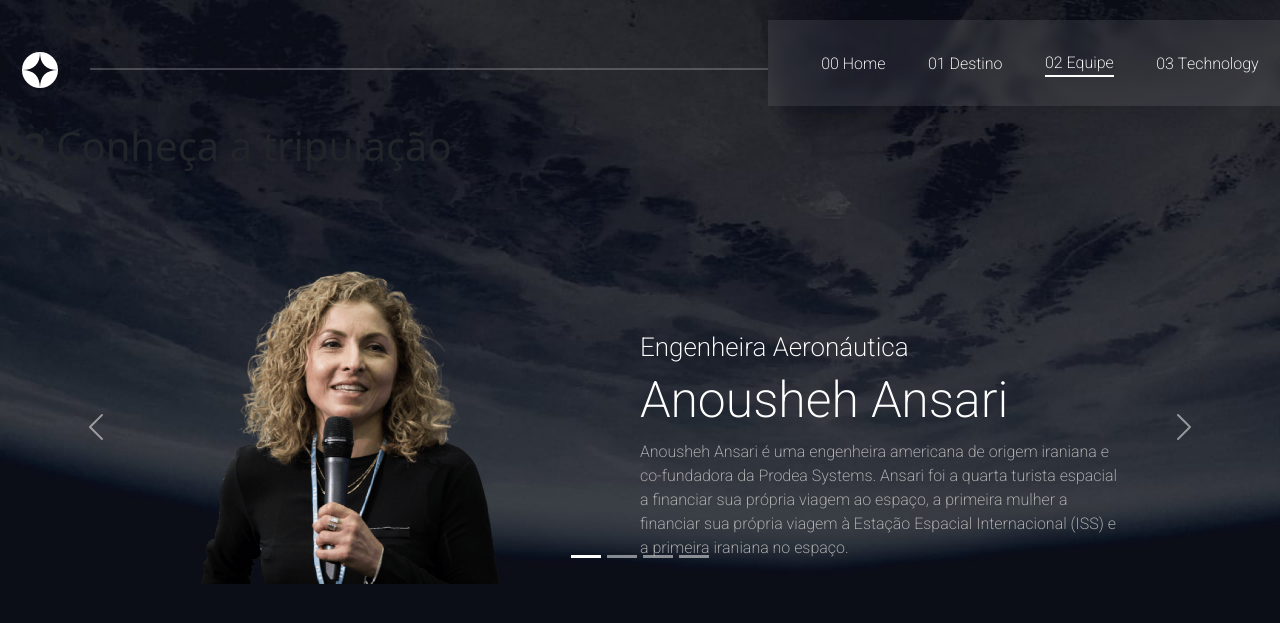
Repository: Leonngc/space-site
Page: crew-commander.html
The author's editor kept a copy of each file at every save. The page is drawn from the files as they stood at one save, then again after the next save.
The browser window is 1280 px wide. The pictures show the whole page.
Some web libraries are served in a nearby version.

Above is the page before, as saved 2023-05-01 16:21:03.

### crew-commander.html
<!DOCTYPE html>
<html lang="pt-br">
<head>
  <meta charset="UTF-8">
  <meta name="viewport" content="width=device-width, initial-scale=1, minimum-scale=1">

  <link rel="icon" type="image/png" sizes="32x32" href="./assets/favicon-32x32.png">
  <link rel='stylesheet' href='https://cdn-uicons.flaticon.com/uicons-bold-rounded/css/uicons-bold-rounded.css'>
  <link rel="stylesheet" href="starter-code/styles/menu.css">
  <link rel="stylesheet" href="starter-code/styles/crew.css">

  <link href="https://cdn.jsdelivr.net/npm/bootstrap@5.3.0-alpha3/dist/css/bootstrap.min.css" rel="stylesheet" integrity="sha384-KK94CHFLLe+nY2dmCWGMq91rCGa5gtU4mk92HdvYe+M/SXH301p5ILy+dN9+nJOZ" crossorigin="anonymous">
  <script src="starter-code/script/menu.js" defer></script>
  <title>Frontend Mentor | Space tourism website</title>
</head>
<body>

  <header>
    <a href="index.html" target="_parent"><img src="starter-code/assets/shared/logo.svg" alt="" class="logo"></a>

    <div class="line"></div>
    <nav>
      <button class="menu-button"><i class="fi fi-br-menu-burger"></i></button>
      <ul class="menu">
      <li class="item-menu"><a href="index.html" target="_parent">00 Home</a></li>
      <li class="item-menu"><a href="destination-moon.html" target="_blank">01 Destino</a></li>
      <li class="item-menu page-active"><a href="#">02 Equipe</a></li>
      <li class="item-menu"><a href="#">03 Technology</a></li>
      </ul>
    </nav>
  </header>

  <h1><strong>02</strong> Conheça a tripulação</h1>

  <div id="carouselExampleIndicators" class="carousel slide" style="margin-top: 100px; margin-bottom: 100px;">
    <div class="carousel-indicators">
      <button type="button" data-bs-target="#carouselExampleIndicators" data-bs-slide-to="0" class="active" aria-current="true" aria-label="Slide 1"></button>
      <button type="button" data-bs-target="#carouselExampleIndicators" data-bs-slide-to="1" aria-label="Slide 2"></button>
      <button type="button" data-bs-target="#carouselExampleIndicators" data-bs-slide-to="2" aria-label="Slide 3"></button>
      <button type="button" data-bs-target="#carouselExampleIndicators" data-bs-slide-to="3" aria-label="Slide 4"></button>
    </div>
    <div class="carousel-inner">
      <div class="carousel-item active">
        <img src="starter-code/assets/crew/image-anousheh-ansari.png" class="d-flex w-5" alt="...">
        <div class="text-box">
          <h2>Engenheira Aeronáutica</h2>
          <h3>Anousheh Ansari</h3>

          <p>
            Anousheh Ansari é uma engenheira americana de origem iraniana e co-fundadora da Prodea Systems. Ansari foi a quarta turista espacial a financiar sua própria viagem ao espaço, a primeira mulher a financiar sua própria viagem à Estação Espacial Internacional (ISS) e a primeira iraniana no espaço.
          </p>
        </div>
      </div>
      <div class="carousel-item">
        <img src="starter-code/assets/crew/image-douglas-hurley.png" class="d-flex w-5" alt="...">

          <div class="text-box">
            <h2>Comandante</h2>
            <h3>Douglas Hurley</h3>
              <p>
                Douglas Gerald Hurley é um engenheiro, ex-piloto do Corpo de Fuzileiros Navais dos Estados Unidos e ex-astronauta da NASA. Ele foi lançado ao espaço pela terceira vez como comandante da missão Crew Dragon Demo-2.
              </p>
          </div>
      </div>
      <div class="carousel-item">
        <img src="starter-code/assets/crew/image-mark-shuttleworth.png" class="d-flex w-5" alt="...">
        <div class="text-box">
          <h2>Especialista em missões</h2>
          <h3>Mark Shuttleworth</h3>
          <p>
            Mark Richard Shuttleworth é o fundador e CEO da Canonical, a empresa por trás do sistema operacional baseado em Linux, o Ubuntu. Shuttleworth se tornou o primeiro sul-africano a viajar para o espaço como turista espacial.
          </p>
        </div>
      </div>
      <div class="carousel-item">
        <img src="starter-code/assets/crew/image-victor-glover.png" class="d-flex w-5" alt="...">
        <div class="text-box">
          <h2>Piloto</h2>
          <h3>Victor Glover</h3>
          <p>
            Piloto do primeiro voo operacional da nave SpaceX Crew Dragon para a Estação Espacial Internacional. Glover é comandante na Marinha dos Estados Unidos, onde pilota um F/A-18. Ele foi membro da tripulação da Expedição 64 e atuou como engenheiro de sistemas de voo da estação.
          </p>
        </div>
      </div>

    </div>
    <button class="carousel-control-prev" type="button" data-bs-target="#carouselExampleIndicators" data-bs-slide="prev">
      <span class="carousel-control-prev-icon" aria-hidden="true"></span>
      <span class="visually-hidden">Previous</span>
    </button>
    <button class="carousel-control-next" type="button" data-bs-target="#carouselExampleIndicators" data-bs-slide="next">
      <span class="carousel-control-next-icon" aria-hidden="true"></span>
      <span class="visually-hidden">Next</span>
    </button>
  </div>


</body>

<script src="https://cdn.jsdelivr.net/npm/@popperjs/core@2.11.7/dist/umd/popper.min.js" integrity="sha384-zYPOMqeu1DAVkHiLqWBUTcbYfZ8osu1Nd6Z89ify25QV9guujx43ITvfi12/QExE" crossorigin="anonymous"></script>
<script src="https://cdn.jsdelivr.net/npm/bootstrap@5.3.0-alpha3/dist/js/bootstrap.min.js" integrity="sha384-Y4oOpwW3duJdCWv5ly8SCFYWqFDsfob/3GkgExXKV4idmbt98QcxXYs9UoXAB7BZ" crossorigin="anonymous"></script>
</html>

### starter-code/styles/menu.css
@import url('https://fonts.googleapis.com/css2?family=Heebo:wght@200&display=swap');

*{
    padding: 0;
    margin: 0;
}


header{
    display: flex;
    justify-content: space-between;
}

.menu{
    display: none;
    margin-top: 20px;
    display: flex;
    width: 40vw ;
    height: 12vh;
    position: relative;
    list-style: none;
    overflow-x: hidden;
    background: rgba(255, 255, 255, 0.21);
    background: rgba(255, 255, 255, 0.08);
    box-shadow: 0 4px 30px rgba(0, 0, 0, 0.1);
    backdrop-filter: blur(5px);
    -webkit-backdrop-filter: blur(5px);
}

.item-menu{
    margin: auto;
}

.item-menu a{
    text-decoration: none;
    font-family: 'Heebo', sans-serif;
    color: white;
}


.line{
    background-color:  rgba(255, 255, 255, 0.21);
    height: 2px;
    width: 1110px;
    margin-top: 68px;
    margin-left: 30px;
}

.logo{
    margin-top: 50px;
    margin-left: 20px;
    width: 40px;
    height: 40px;
    padding: 2px;
}

.page-active{
    border-bottom: 2px solid white;
}

ul li > a:hover{
    font-size: 18px;
    transition: 2s;
}

.menu-button{
    display: none;
}



@media (max-width: 999px){
    .line{
        display: none;
    }
    body{
        overflow-x: hidden;
        max-width: 100vw;
    }


    .menu{
        position: absolute;
        right: 0;
        flex-direction: column;
        width: 80vw;
        height: 90vh;
        z-index: 10000;
        margin: 0;
        border-top-left-radius: 15px;
        border-bottom-left-radius: 15px;
        transform: translateX(100%);
        transition: transform 0.6s ease-in;
        background: rgba(0, 0, 0, 0.392);
        background: rgba(0, 0, 0, 0.545);
        box-shadow: 0 4px 30px rgba(0, 0, 0, 0.1);
        backdrop-filter: blur(5px);
        -webkit-backdrop-filter: blur(5px);
    }




    .menu li{
       color: white;
       font-size: 18px;
       font-weight: bold;
    }

    .menu-button{
        display: block;
        font-size: 40px;
        color: white;
        background: none;
        border: none;
        padding: 10px;
        margin-top: 40px;
    }

    ul.active{
        transform: translateX(0);
    }

}

### starter-code/styles/crew.css
@import url('https://fonts.googleapis.com/css2?family=Barlow&display=swap');
@import url('https://fonts.googleapis.com/css2?family=Heebo:wght@200&display=swap');
/*  font-family: 'Barlow', sans-serif;
    font-family: 'Heebo', sans-serif;
*/

:root{
    --title-font: 'Barlow';
    --paragraph-font: 'Heebo';
}




body{
    background-image: url(../assets/crew/background-crew-desktop.jpg);
    background-size: cover;
    background-repeat: no-repeat;
}



.carousel-inner img{
    margin: 0;
    margin-left: 200px;
    width: 300px;
}

.text-box{
    position: absolute;
    top: 20%;
    left: 50%;
    color: white;
    width: 38vw;
    font-family: var(--paragraph-font);
}

.text-box > h2{
    font-size: 26px;
}

.text-box > h3{
    font-size: 50px;
}

.text-box > p{
    color: #b4b3b3;
}

### starter-code/script/menu.js
class MobileNavbar{
    constructor(mobileMenu, navList, navLink){
        this.mobileMenu = document.querySelector(mobileMenu);
        this.navList = document.querySelector(navList);
        this.navLink = document.querySelector(navLink);
        this.activeClass = "active";
        this.handleClick = this.handleClick.bind(this)

    }

    handleClick(){
        this.mobileMenu.classList.toggle(this.activeClass)
    }

    addClickEvent(){
        this.mobileMenu.addEventListener("click", this.handleClick);
    }

    init(){
        if(this.mobileMenu){
            this.addClickEvent();
        }
        return this;
    }
}

const mobileNavbar = new MobileNavbar(
    "nav",
    "ul",
    "ul li",
);

mobileNavbar.init()

After the next save:
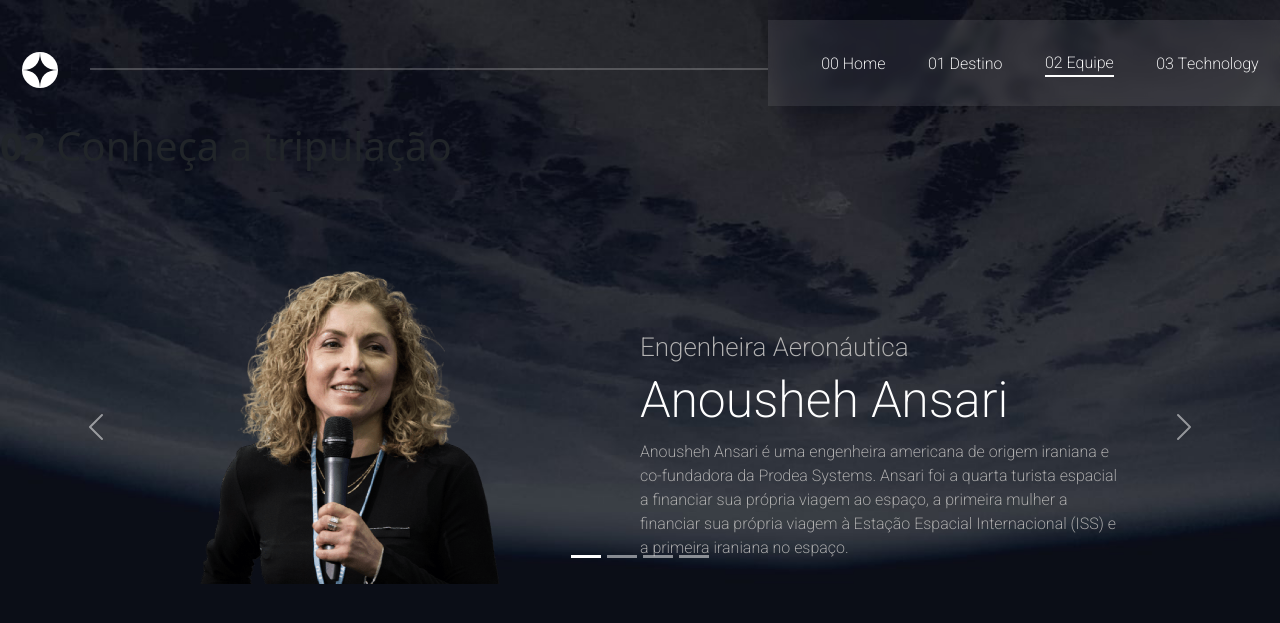
Saved 69 s later.
--- a/starter-code/styles/crew.css
+++ b/starter-code/styles/crew.css
@@ -37,6 +37,7 @@ body{
 
 .text-box > h2{
     font-size: 26px;
+    color: #b4b3b3;
 }
 
 .text-box > h3{
